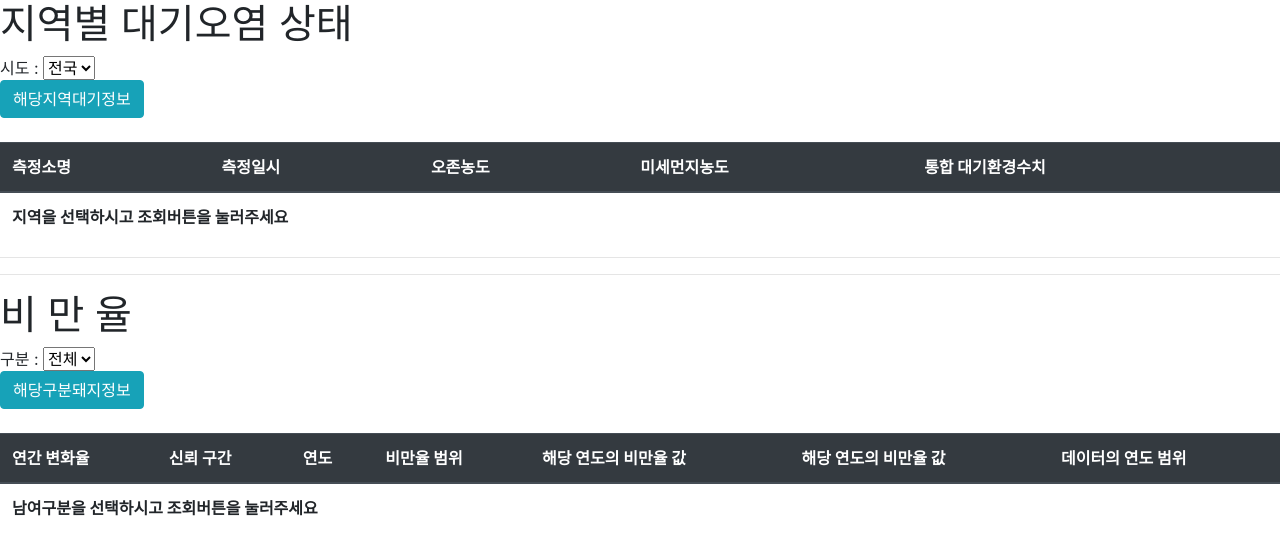
Repository: LeeSeongWook1/semi_Spring
Page: http://localhost/apiProject/
An editor plug-in stored every save of this project. The page is shown before and after the next save, followed by the edit.
The browser window is 1280 px wide. The pictures show the whole page.
The page is served by Tomcat 9.

Above is the page before, as saved 2024-04-25 08:04:15.
Console error: SyntaxError: Unexpected token ')'

After the next save:
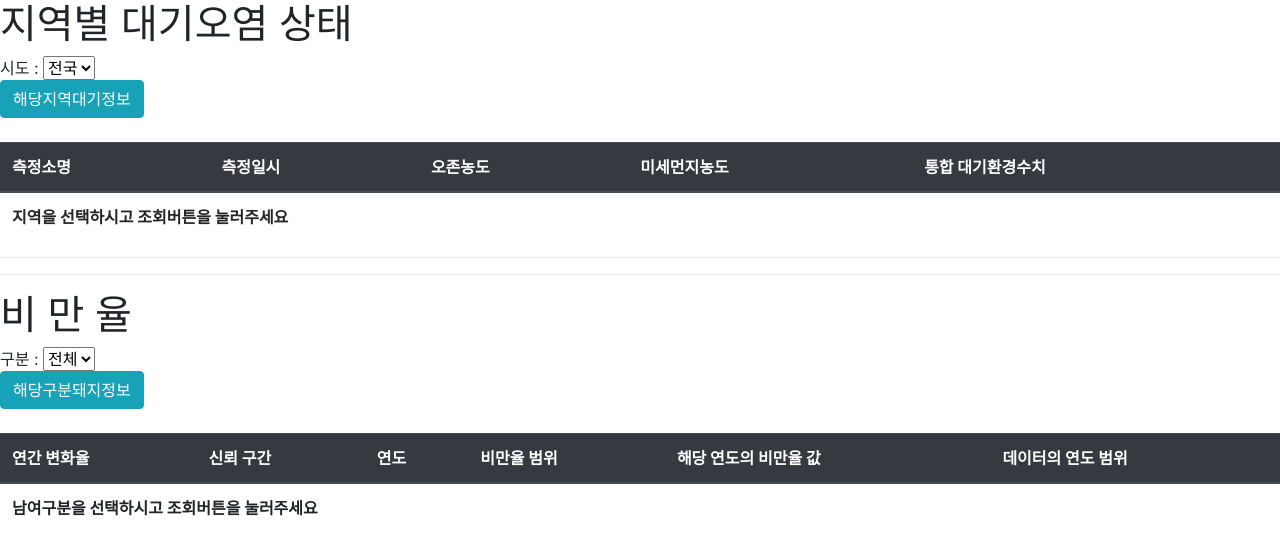
Saved 12 s later.
--- a/apiProject/src/main/webapp/index.jsp
+++ b/apiProject/src/main/webapp/index.jsp
@@ -177,7 +177,6 @@
 				<th>연도</th>
 				<th>비만율 범위</th>
 				<th>해당 연도의 비만율 값</th>
-				<th>해당 연도의 비만율 값</th>
 				<th>데이터의 연도 범위</th>
 			</tr>
 		</thead>
